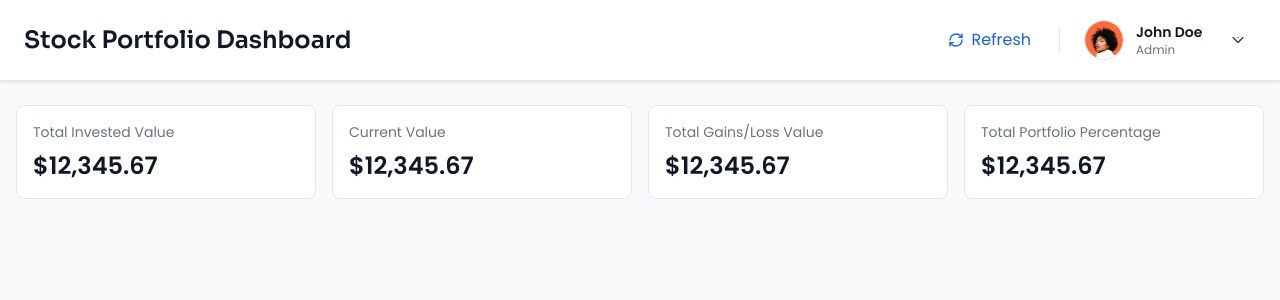
Repository: jabir12-12/inten-project
Page: /
The author's editor kept a copy of each file at every save. The page is drawn from the files as they stood at one save, then again after the next save.
The browser window is 1280 px wide. The pictures show the whole page.
The project was rebuilt for these pictures with package versions that can differ from the ones it lists, and the page was loaded fresh each time. The framework's server and built-in components were replaced by stand-ins that run in the browser. Also part of the build but not shown: next.config.ts.

Above is the page before, as saved 2025-05-17 14:35:24.

### src/pages/index.tsx
'use client';
import React, { useState } from 'react';
import Image from 'next/image';
import { RefreshCw, } from "lucide-react";
export default function Home() {
  const [loading, setLoading] = useState(false)

  return (
    <div className="bg-gray-50 min-h-screen flex flex-col">
      {/* Header */}
      <header className="sticky top-0 z-10 flex justify-between px-4 md:px-6 py-3 md:py-4 bg-white border-b border-gray-200 shadow-sm items-center">
        <div className="flex items-center">
          <h1 className="text-gray-900 font-semibold text-xl md:text-2xl">Stock Portfolio Dashboard</h1>
        </div>
        <div className="flex items-center gap-2 md:gap-4">
          <button
            onClick={() => setLoading(true)}
            className="flex items-center  text-blue-600 hover:text-blue-800 px-3 py-1 rounded-md gap-2 cursor-pointer"
            disabled={loading}
          >
            <RefreshCw className={`w-4 h-4 ${loading ? "animate-spin" : ""}`} />
            <span>{loading ? "Refreshing..." : "Refresh"}</span>
          </button>
          <div className="hidden md:block bg-gray-200 h-6 w-px"></div>
          <div className="flex items-center gap-2 md:gap-3 cursor-pointer rounded-md px-2 py-1 hover:bg-gray-100 transition-colors">
            {/* Avatar: always visible */}
            <div className="h-8 w-8 md:h-10 md:w-10 overflow-hidden rounded-full border border-gray-200 shrink-0">
              <Image
                src="/images/Ellipse 1534 (6).svg"
                alt="User profile"
                className="h-full w-full object-cover"
                width={40}
                height={40}
              />
            </div>
            {/* Name and Role: hidden on small screens */}
            <div className="hidden md:flex flex-col min-w-[80px]">
              <span className="text-gray-900 text-sm font-semibold truncate">John Doe</span>
              <span className="text-gray-500 text-xs truncate">Admin</span>
            </div>
            {/* Dropdown Icon: visible always, aligned nicely */}
            <div className="flex items-center justify-center h-5 w-5">
              <Image
                src="/images/Frame (21).svg"
                alt="Dropdown icon"
                width={20}
                height={20}
              />
            </div>
          </div>
        </div>
      </header>
      {/* Main  Body */}
      <div className="flex-1 px-4 py-6">
        <div className="flex flex-wrap gap-4 justify-between">
          {[
            "Total Invested Value",
            "Current Value",
            "Total Gains/Loss Value",
            "Total Portfolio Percentage"
          ].map((label, index) => (
            <button
              key={index}
              className="flex flex-1 min-w-[240px] p-4 flex-col gap-2
                       border border-gray-200 rounded-lg bg-white
                       transition-all duration-300 ease-in-out
                            hover:shadow-[0_4px_20px_rgba(255,182,193,0.5)]
                       hover:border-[#D6BBFB]
                       hover:scale-[1.03] active:scale-[0.98]"
            >
              <span className="text-gray-500 text-sm">{label}</span>
              <span className="text-gray-900 text-2xl font-semibold">
                $12,345.67
              </span>
            </button>
          ))}
        </div>
      </div>

    </div>


  );
}

### src/styles/globals.css
@import url('https://fonts.googleapis.com/css2?family=Poppins:wght@400;500;600&family=Inter:wght@400;500;600&family=Sora:wght@400;500;600;700;800&display=swap');
@import url('https://fonts.googleapis.com/css2?family=Inter:wght@400;700&display=swap');

@import "tailwindcss";

body {
  background-color: #f7f8fb;
  margin: 0;
  padding: 0;
  font-family: 'Poppins', sans-serif;
  justify-content: center;
  align-items: center;
  height: 100vh;
}

.video-js .vjs-playback-rate {
  font-size: 10px;
  transform: translateY(12px);
  /* Moves the button down by 10px */

}

.heading .head {
  font-family: 'Sora', sans-serif;
  font-size: 24px;
  /* Example size */
  font-weight: 700;
}

/* Example for other headings if needed */
h1,
h2,
h3,
h4,
h5,
h6 {
  font-family: 'Sora', sans-serif;
}

h3 {
  font-size: 18px;
  font-weight: 600;
}

/* Ensure that other text elements use Poppins */
p,
span,
div {
  font-family: 'Poppins', sans-serif;
}

.button {
  outline: none;
}

/* Custom scrollbar styles */

::-webkit-scrollbar {
  width: 7px;
  height: 7px;
}

::-webkit-scrollbar-thumb {
  background-color: rgba(234, 236, 240, 1);
  ;

  border-radius: 100px;
}

::-webkit-scrollbar-track {
  background: "white";

}

/* THIS IS FOR TEXT-EDITOR IN DISSCUSSION TAB --------------------------*/
.custom-quill .ql-container {
  border: none !important;
  /* Remove the border from the container */
}

.custom-quill .ql-editor {
  border: none !important;
  /* Ensure no border around the editor */
}

.custom-quill:focus {
  outline: none;
  /* Remove outline on focus */
}

.custom-quill .ql-editor {
  font-size: 16px;
  /* Set text size to 16px */
  font-family: 'Poppins', sans-serif;
  font-style: normal;
  /* Use the Poppins font */

}

.custom-quill .ql-editor:empty::before {

  /* Show placeholder */
  color: #667085;
  /* Placeholder color */
  font-family: 'Poppins', sans-serif;
  font-style: normal;
  /* Poppins font for placeholder */
  font-size: 16px;
  /* Placeholder size */
  position: absolute;
  /* Position it absolutely */
  left: 10px;
  /* Adjust according to your padding */
  top: 10px;
  /* Adjust according to your padding */
  pointer-events: none;
  /* Prevent interaction */
}

.custom-quill .ql-editor:focus::before {
  display: none;
  /* Hide placeholder on focus */
}

/* -------------------------------------------------- */
/* FOR TOOLTIP FOR TEST PAGE ONLY ->learn Tab */


.tooltipText {
  position: absolute;
  color: white;
  bottom: 125%;
  /* Position above the button */
  left: 50%;
  /* Center horizontally */
  transform: translateX(-50%);
  /* Adjust to center the tooltip */

  z-index: 3;
  background-color: #131313;
  box-shadow: 0 5px 10px rgba(0, 0, 0, 0.3);
  padding: 6px 14px;
  /* Padding inside the tooltip */
  width: 204px;
  /* Fixed width */
  height: auto;
  /* Hug content (height grows with content) */
  min-height: 78px;
  /* Minimum height */
  font-size: 15px;
  font-weight: 400;
  border-radius: 5px;
  white-space: normal;
  /* Allow text wrapping for longer content */
  opacity: 0;
  pointer-events: none;
  transition: all 0.4s ease;
}

.tooltip:hover .tooltipText {
  opacity: 1;
  pointer-events: auto;
  transform: translate(-50%, -10px);
  /* Move tooltip slightly up on hover */
}

.drawer-overlay {
  background-color: transparent !important;
  /* Makes the overlay transparent */
}

/* magic.module.css */
.customCheckbox input[type="checkbox"]:checked {
  background-color: #9012FF;
  border-color: #9012FF;
}

/* Add this to your global CSS file */
.ql-container .ql-editor img {
  cursor: pointer;
}

.image-resizer {
  border: 1px dashed #999;
  position: absolute;
}

.image-resizer .resize-handle {
  background-color: #fff;
  border: 1px solid #999;
  height: 8px;
  width: 8px;
  position: absolute;
}

.image-resizer .resize-handle.se {
  bottom: -5px;
  right: -5px;
  cursor: se-resize;
}

.image-resizer .resize-handle.sw {
  bottom: -5px;
  left: -5px;
  cursor: sw-resize;
}

.image-resizer .resize-handle.ne {
  top: -5px;
  right: -5px;
  cursor: ne-resize;
}

.image-resizer .resize-handle.nw {
  top: -5px;
  left: -5px;
  cursor: nw-resize;
}


@layer base {
  :root {
    --radius: 0.5rem;
    --chart-1: 12 76% 61%;
    --chart-2: 173 58% 39%;
    --chart-3: 197 37% 24%;
    --chart-4: 43 74% 66%;
    --chart-5: 27 87% 67%;
  }

  .dark {
    --chart-1: 220 70% 50%;
    --chart-2: 160 60% 45%;
    --chart-3: 30 80% 55%;
    --chart-4: 280 65% 60%;
    --chart-5: 340 75% 55%;
  }
}

Loaded but not shown: src/pages/_app.tsx (common file); src/pages/_document.tsx (common file)

After the next save:
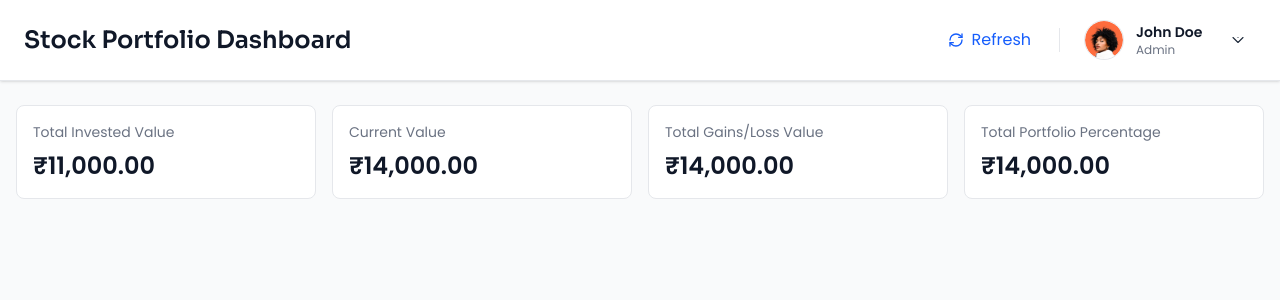
Saved 3 min 23 s later.
--- a/src/pages/index.tsx
+++ b/src/pages/index.tsx
@@ -53,27 +53,58 @@ export default function Home() {
       {/* Main  Body */}
       <div className="flex-1 px-4 py-6">
         <div className="flex flex-wrap gap-4 justify-between">
-          {[
-            "Total Invested Value",
-            "Current Value",
-            "Total Gains/Loss Value",
-            "Total Portfolio Percentage"
-          ].map((label, index) => (
-            <button
-              key={index}
-              className="flex flex-1 min-w-[240px] p-4 flex-col gap-2
+          <button
+            className="flex flex-1 min-w-[240px] p-4 flex-col gap-2
                        border border-gray-200 rounded-lg bg-white
                        transition-all duration-300 ease-in-out
                             hover:shadow-[0_4px_20px_rgba(255,182,193,0.5)]
                        hover:border-[#D6BBFB]
                        hover:scale-[1.03] active:scale-[0.98]"
-            >
-              <span className="text-gray-500 text-sm">{label}</span>
-              <span className="text-gray-900 text-2xl font-semibold">
-                $12,345.67
-              </span>
-            </button>
-          ))}
+          >
+            <span className="text-gray-500 text-sm">Total Invested Value</span>
+            <span className="text-gray-900 text-2xl font-semibold">
+              ₹11,000.00
+            </span>
+          </button>
+          <button
+            className="flex flex-1 min-w-[240px] p-4 flex-col gap-2
+                       border border-gray-200 rounded-lg bg-white
+                       transition-all duration-300 ease-in-out
+                            hover:shadow-[0_4px_20px_rgba(255,182,193,0.5)]
+                       hover:border-[#D6BBFB]
+                       hover:scale-[1.03] active:scale-[0.98]"
+          >
+            <span className="text-gray-500 text-sm">Current Value</span>
+            <span className="text-gray-900 text-2xl font-semibold">
+              ₹14,000.00
+            </span>
+          </button>
+          <button
+            className="flex flex-1 min-w-[240px] p-4 flex-col gap-2
+                       border border-gray-200 rounded-lg bg-white
+                       transition-all duration-300 ease-in-out
+                            hover:shadow-[0_4px_20px_rgba(255,182,193,0.5)]
+                       hover:border-[#D6BBFB]
+                       hover:scale-[1.03] active:scale-[0.98]"
+          >
+            <span className="text-gray-500 text-sm">Total Gains/Loss Value</span>
+            <span className="text-gray-900 text-2xl font-semibold">
+              ₹14,000.00
+            </span>
+          </button>
+          <button
+            className="flex flex-1 min-w-[240px] p-4 flex-col gap-2
+                       border border-gray-200 rounded-lg bg-white
+                       transition-all duration-300 ease-in-out
+                            hover:shadow-[0_4px_20px_rgba(255,182,193,0.5)]
+                       hover:border-[#D6BBFB]
+                       hover:scale-[1.03] active:scale-[0.98]"
+          >
+            <span className="text-gray-500 text-sm">Total Portfolio Percentage</span>
+            <span className="text-gray-900 text-2xl font-semibold">
+              ₹14,000.00
+            </span>
+          </button>
         </div>
       </div>
 
